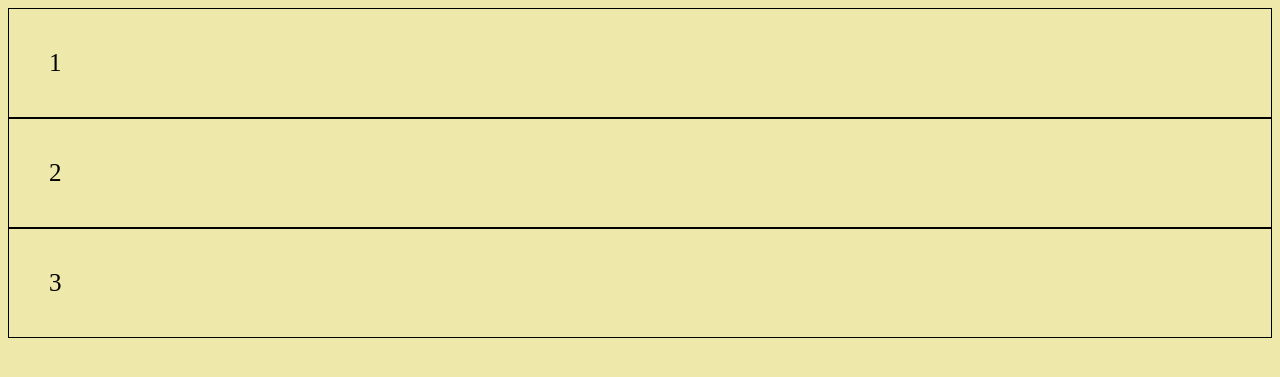
Repository: m-lomakin/test
Page: test/flex/flex.html
The author's editor kept a copy of each file at every save. The page is drawn from the files as they stood at one save, then again after the next save.
The browser window is 1280 px wide. The pictures show the whole page.

Above is the page before, as saved 2023-03-12 08:28:16.

After the next save:
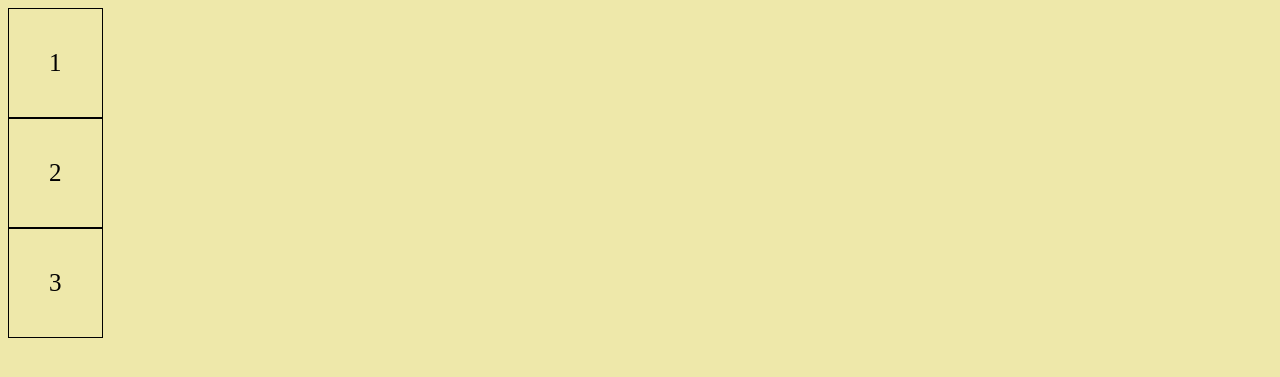
Saved 72 s later.
--- a/test/flex/flex.html
+++ b/test/flex/flex.html
@@ -15,6 +15,8 @@
                 padding: 40px;
                 font-size: 25px;
                 border: 1px solid black;
+                height: fit-content;
+                width: fit-content;
             }
             .item_1 {
 
